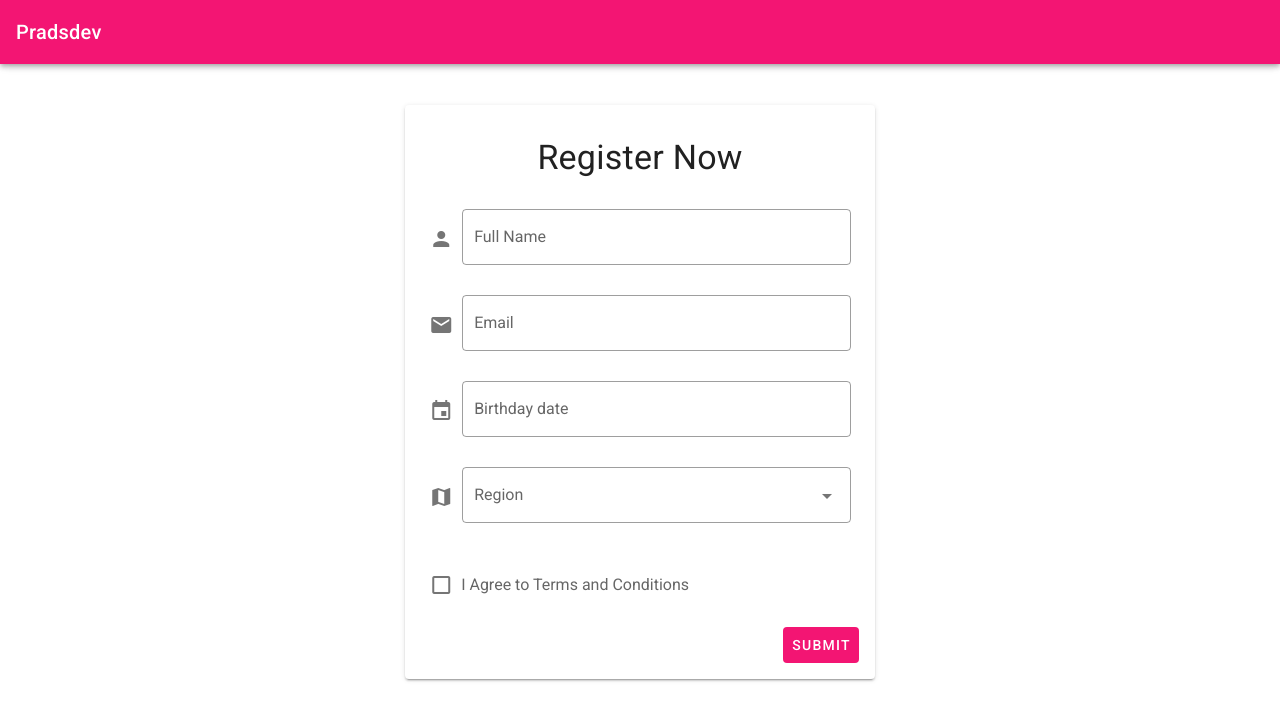
Repository: pradsdev/vue-form-validate
Page: /
An editor plug-in stored every save of this project. The page is shown before and after the next save, followed by the edit.
The browser window is 1280 px wide. The pictures show the whole page.
The project was rebuilt for these pictures with package versions that can differ from the ones it lists, and the page was loaded fresh each time. Also part of the build but not shown: vue.config.js.

Above is the page before, as saved 2020-12-21 23:40:24.

After the next save:
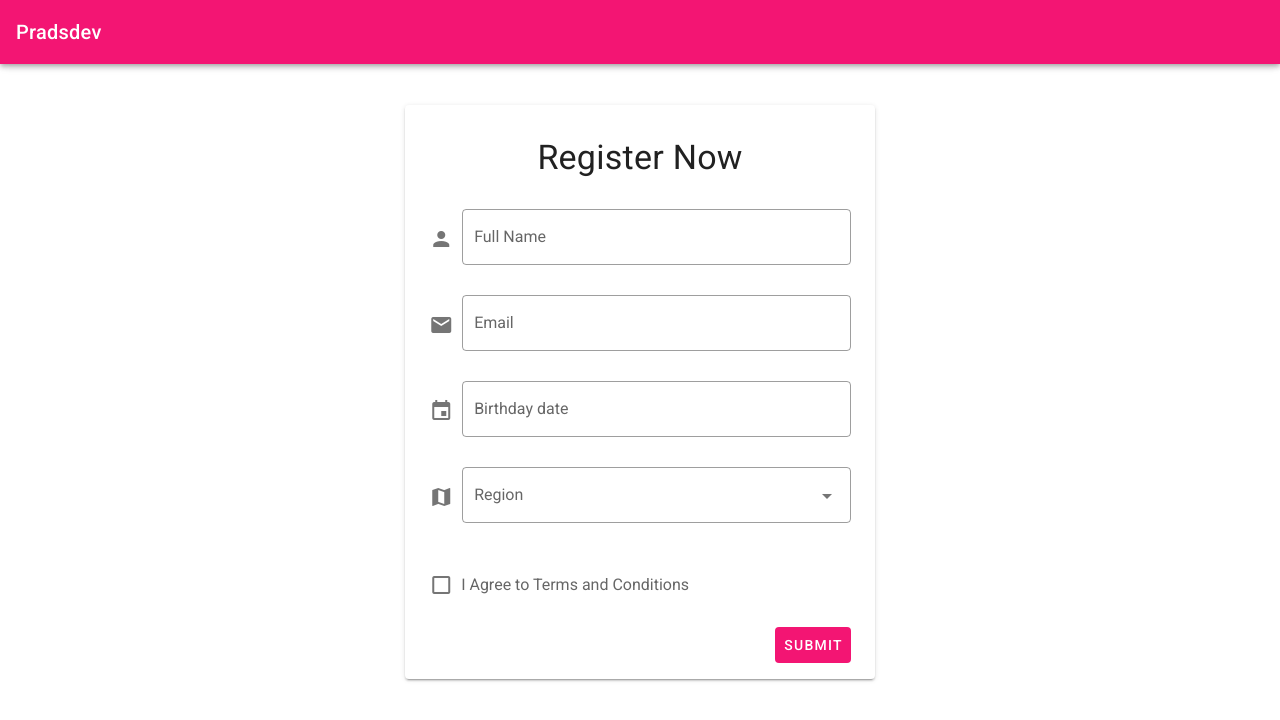
Saved 117 s later.
--- a/src/components/Form.vue
+++ b/src/components/Form.vue
@@ -57,7 +57,7 @@
               label="I Agree to Terms and Conditions"
             />
           </v-form>
-          <v-card-actions class="px-4 pb-4">
+          <v-card-actions class="px-6 pb-4">
             <v-spacer></v-spacer>
             <v-btn
               :loading="loading"
